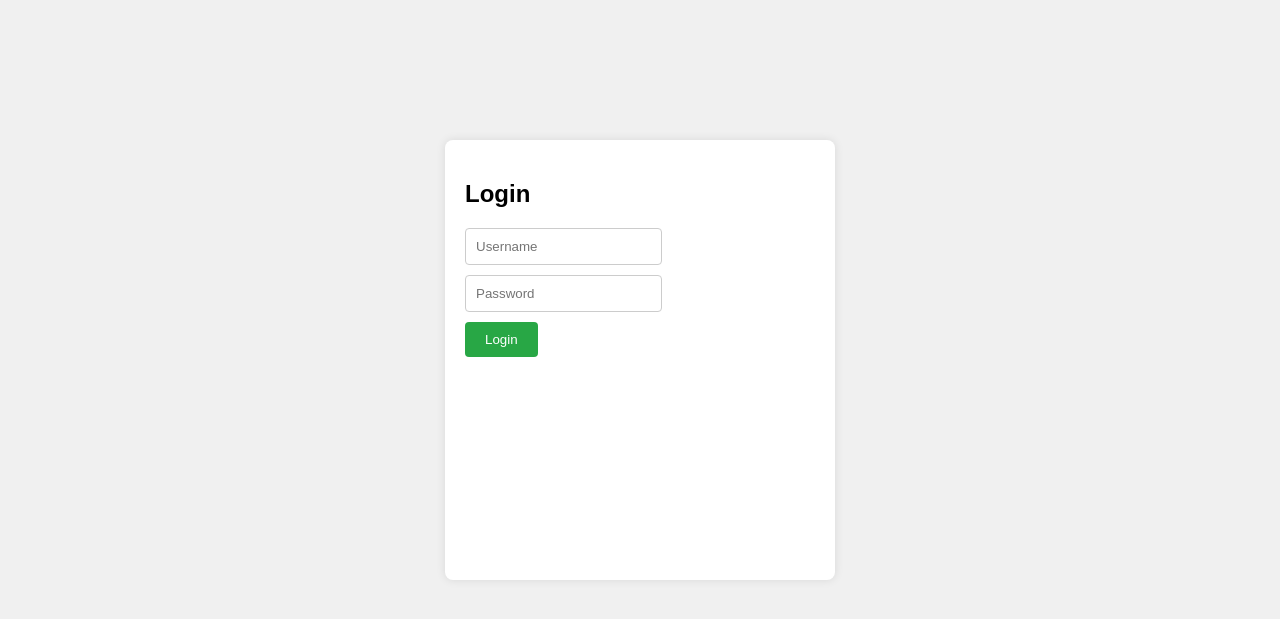
Repository: Anadi-Chauhan/Mentorship-binarybuddy
Page: login.html
An editor plug-in stored every save of this project. The page is shown before and after the next save, followed by the edit.
The browser window is 1280 px wide. The pictures show the whole page.

Above is the page before, as saved 2024-10-19 10:12:37.

### login.html
<!DOCTYPE html>
<html lang="en">
<head>
    <meta charset="UTF-8">
    <meta name="viewport" content="width=device-width, initial-scale=1.0">
    <title>Login Example</title>
    <link rel="stylesheet" href="login.css">
</head>
<body>
    <div class="container">
        <div id="login-form">
            <h2>Login</h2>
            <input type="text" id="username" placeholder="Username" required>
            <input type="password" id="password" placeholder="Password" required>
            <button onclick="login()">Login</button>
            <p id="login-error"></p>
        </div>

        <div id="welcome-section" style="display: none;">
            <h2>Welcome, <span id="user-name"></span>!</h2>
            <button onclick="logout()">Logout</button>
        </div>
    </div>

    <script src="login.js"></script>
</body>
</html>

### login.css
body {
    font-family: Arial, sans-serif;
    display: flex;
    justify-content: center;
    align-items: center;
    height: 100vh;
    background-color: #f0f0f0;
    margin: 0;
}

.container {
    background-color: white;
    width: 350px;
    height: 400px;
    padding: 20px;
    border-radius: 8px;
    box-shadow: 0 0 10px rgba(0, 0, 0, 0.1);
}

input {
    display: block;
    margin: 10px 0;
    padding: 10px;
    width: 50%;
    border: 1px solid #ccc;
    border-radius: 4px;
}

button {
    padding: 10px 20px;
    background-color: #28a745;
    color: white;
    border: none;
    border-radius: 4px;
    cursor: pointer;
}

button:hover {
    background-color: #218838;
}

#error {
    color: red;
}

### login.js
// Script to handle login and logout
function login() {
    const username = document.getElementById("username").value;
    const password = document.getElementById("password").value;

    if (username === "admin" && password === "1234") {
        document.getElementById("login-form").style.display = "none";
        document.getElementById("welcome-section").style.display = "block";
        document.getElementById("user-name").textContent = username;
        document.getElementById("login-error").textContent = "";
    } else {
        document.getElementById("login-error").textContent = "Invalid credentials!";
    }
}

function logout() {
    document.getElementById("login-form").style.display = "block";
    document.getElementById("welcome-section").style.display = "none";
    document.getElementById("username").value = "";
    document.getElementById("password").value = "";
}

After the next save:
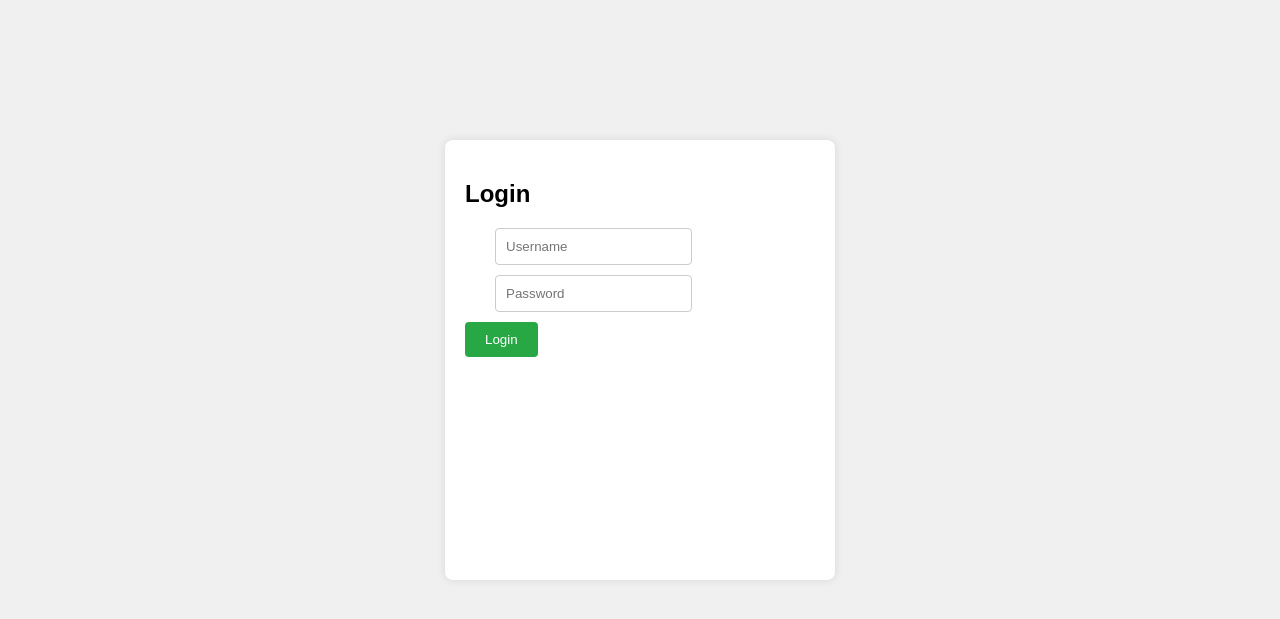
Saved 16 s later.
--- a/login.css
+++ b/login.css
@@ -22,6 +22,7 @@ input {
     margin: 10px 0;
     padding: 10px;
     width: 50%;
+    margin-left: 30px;
     border: 1px solid #ccc;
     border-radius: 4px;
 }
